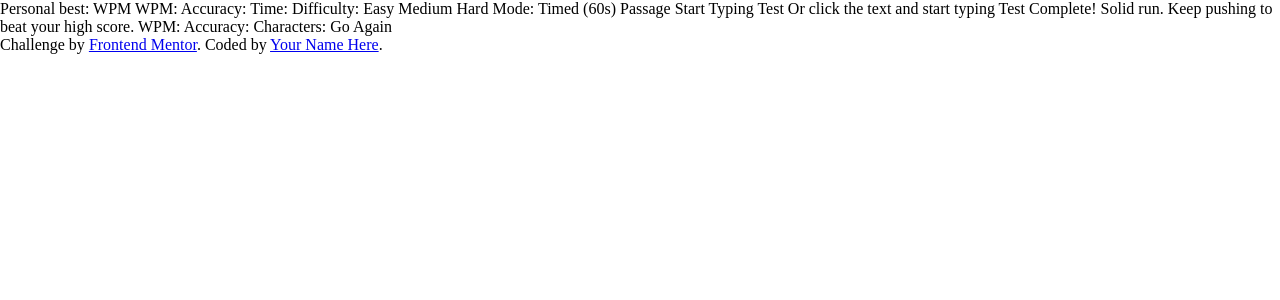
Repository: eva003n/typing-speed-test
Page: index.html
These files come from the project's save history. The page is drawn as it stood at one moment and after the next save; the edit follows.
The browser window is 1280 px wide. The pictures show the whole page.

Above is the page before, as saved 2026-02-12 23:30:50.

### index.html
<!DOCTYPE html>
<html lang="en">
<head>
  <meta charset="UTF-8">
  <meta name="viewport" content="width=device-width, initial-scale=1.0"> <!-- displays site properly based on user's device -->

  <link rel="icon" type="image/png" sizes="32x32" href="./assets/images/favicon-32x32.png">
  <link rel="stylesheet" href="/style.css">
  <title>Frontend Mentor | Typing Speed Test</title>
</head>
<body>

  Personal best: <!-- PB --> WPM

  WPM: <!-- WPM -->
  Accuracy: <!-- Accuracy -->
  Time: <!-- Time -->

  Difficulty:
  Easy
  Medium
  Hard

  Mode:
  Timed (60s)
  Passage

  <!-- Passage -->

  Start Typing Test
  Or click the text and start typing

  <!-- Test Complete Start -->

  Test Complete!
  Solid run. Keep pushing to beat your high score.

  WPM: <!-- WPM -->
  Accuracy: <!-- Accuracy -->
  Characters: <!-- Correct/Incorrect -->

  Go Again

  <!-- Test Complete End -->

  <div class="attribution">
    Challenge by <a href="https://www.frontendmentor.io?ref=challenge">Frontend Mentor</a>.
    Coded by <a href="#">Your Name Here</a>.
  </div>
</body>
</html>

### style.css
/* sora-regular - latin */
@font-face {
  font-display: swap; /* Check https://developer.mozilla.org/en-US/docs/Web/CSS/@font-face/font-display for other options. */
  font-family: 'Sora';
  font-style: normal;
  font-weight: 400;
  src: url('/assets/fonts/sora-v17-latin-regular.woff2') format('woff2'); /* Chrome 36+, Opera 23+, Firefox 39+, Safari 12+, iOS 10+ */
}
/* sora-600 - latin */
@font-face {
  font-display: swap; /* Check https://developer.mozilla.org/en-US/docs/Web/CSS/@font-face/font-display for other options. */
  font-family: 'Sora';
  font-style: normal;
  font-weight: 600;
  src: url('/assets/fonts/sora-v17-latin-600.woff2') format('woff2'); /* Chrome 36+, Opera 23+, Firefox 39+, Safari 12+, iOS 10+ */
}
/* sora-700 - latin */
@font-face {
  font-display: swap; /* Check https://developer.mozilla.org/en-US/docs/Web/CSS/@font-face/font-display for other options. */
  font-family: 'Sora';
  font-style: normal;
  font-weight: 700;
  src: url('/assets/fonts/sora-v17-latin-700.woff2') format('woff2'); /* Chrome 36+, Opera 23+, Firefox 39+, Safari 12+, iOS 10+ */
}

:root {
--green-500: hsl(140, 63%, 57%);
--red-500: hsl(354, 63%, 57%);
--yellow-400: hsl(49, 85%, 70%);

--blue-600: hsl(214, 100%, 55%);
--blue-400: hsl(210, 100%, 65%);


--neutral-900: hsl(0, 0%, 7%);
--neutral-800: hsl(0, 0%, 15%);
--neutral-500: hsl(240, 3%, 46%);
--neutral-400: hsl(240, 1%, 59%);
--neutral-0: hsl(0, 0%, 100%);

--fz-sm: 1rem;

--fw-400: 400;
--fw-600: 600;
--fw-700: 700;
}

*,
*::before,
*::after {
    margin: 0;
    padding: 0;
}

body {
    min-height: 100svh;
    font-size: var(--fz-sm);

}

After the next save:
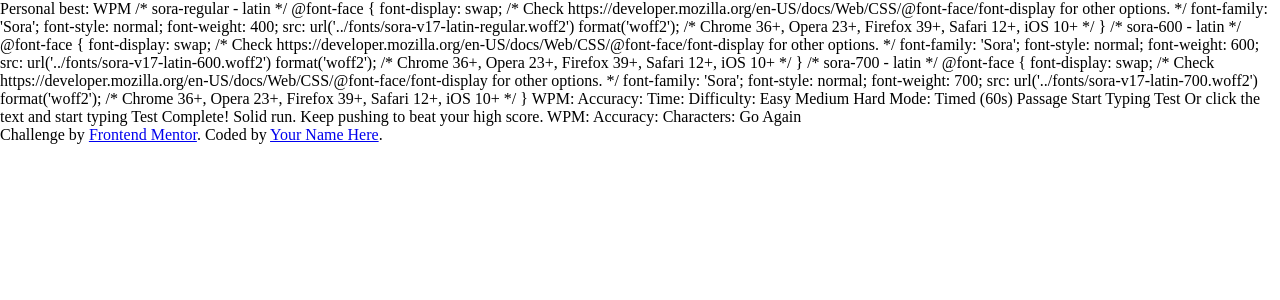
Saved 31 s later.
--- a/index.html
+++ b/index.html
@@ -11,7 +11,30 @@
 <body>
 
   Personal best: <!-- PB --> WPM
-
+/* sora-regular - latin */
+@font-face {
+  font-display: swap; /* Check https://developer.mozilla.org/en-US/docs/Web/CSS/@font-face/font-display for other options. */
+  font-family: 'Sora';
+  font-style: normal;
+  font-weight: 400;
+  src: url('../fonts/sora-v17-latin-regular.woff2') format('woff2'); /* Chrome 36+, Opera 23+, Firefox 39+, Safari 12+, iOS 10+ */
+}
+/* sora-600 - latin */
+@font-face {
+  font-display: swap; /* Check https://developer.mozilla.org/en-US/docs/Web/CSS/@font-face/font-display for other options. */
+  font-family: 'Sora';
+  font-style: normal;
+  font-weight: 600;
+  src: url('../fonts/sora-v17-latin-600.woff2') format('woff2'); /* Chrome 36+, Opera 23+, Firefox 39+, Safari 12+, iOS 10+ */
+}
+/* sora-700 - latin */
+@font-face {
+  font-display: swap; /* Check https://developer.mozilla.org/en-US/docs/Web/CSS/@font-face/font-display for other options. */
+  font-family: 'Sora';
+  font-style: normal;
+  font-weight: 700;
+  src: url('../fonts/sora-v17-latin-700.woff2') format('woff2'); /* Chrome 36+, Opera 23+, Firefox 39+, Safari 12+, iOS 10+ */
+}
   WPM: <!-- WPM -->
   Accuracy: <!-- Accuracy -->
   Time: <!-- Time -->
